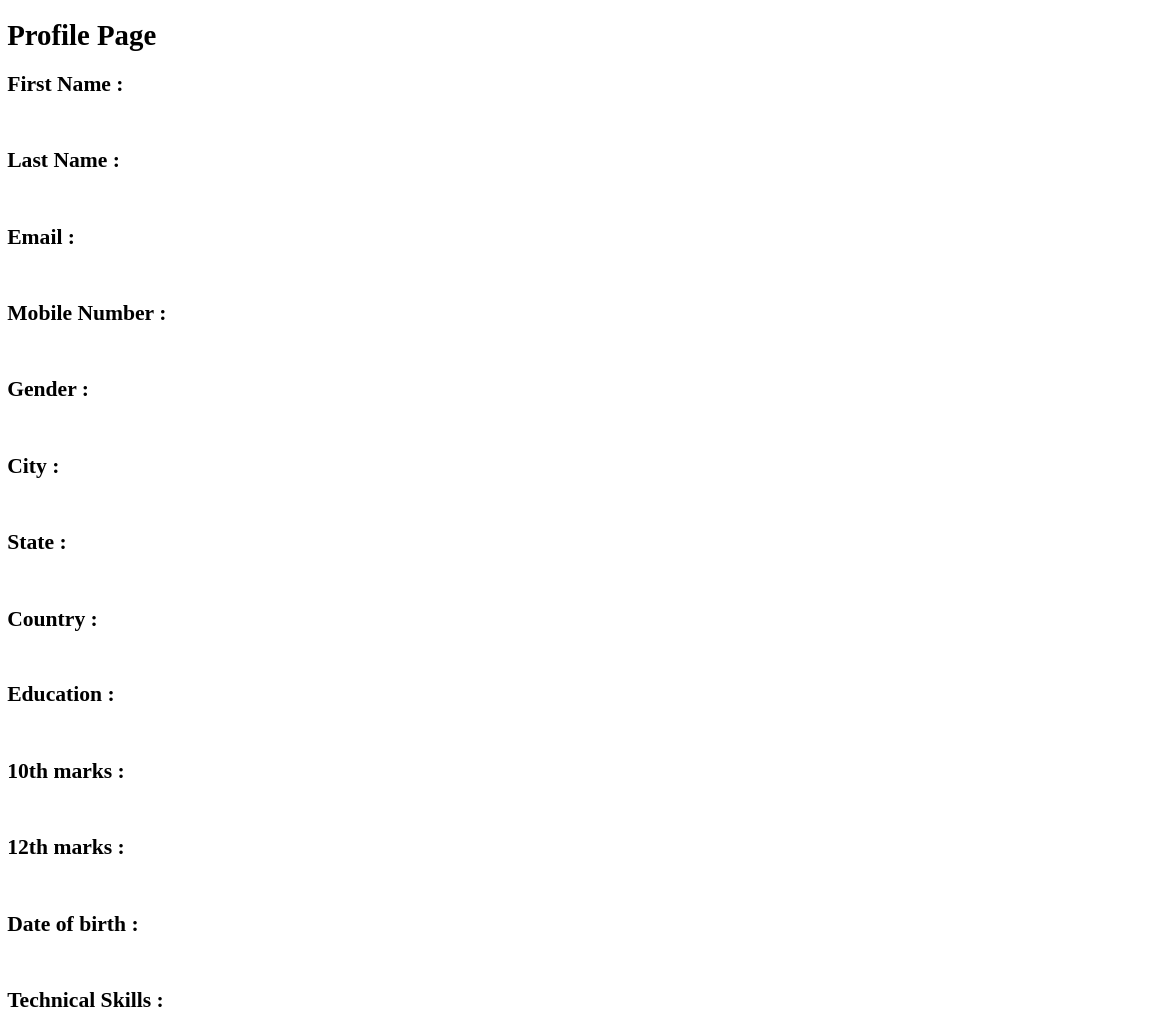
Repository: aboli-vyas/Servlet_Projects
Page: http://localhost/Sevlet_Project/Profile.jsp
An editor plug-in stored every save of this project. The page is shown before and after the next save, followed by the edit.
The browser window is 1280 px wide. The pictures show the whole page, at 90% of full size.
The page is served by Tomcat 10. Other server files are loaded and not shown. The template is opened directly, without the code that normally fills it, so the values that code supplies are empty.

Above is the page before, as saved 2025-06-10 07:56:45.

### Sevlet_Project/src/main/webapp/Profile.jsp
<%@ page language="java" contentType="text/html; charset=UTF-8"
    pageEncoding="UTF-8"%>
<!DOCTYPE html>
<html>
<head>
<meta charset="UTF-8">
<title>Insert title here</title>
</head>
<body>

<h1>Profile Page</h1>

	<h2>First Name :${First_Name}</h2>
	<br>
	<h2>Last Name :${Last_Name}</h2>
	<br>
	<h2>Email :${Email}</h2>
	<br>
	<h2>Mobile Number :${Mobile_Number}</h2>
	<br>
	<h2>Gender :${Gender}</h2>
	<br>
	<h2>City :${City}</h2>
	<br>
	<h2>State :${State}</h2>
	<br>
	<h2>Country :${Country}</h2>
	<br>
    <h2>Education :${Education}</h2>
    <br>
    <h2>10th marks :${tenth_Marks}</h2>
    <br>
    <h2>12th marks :${twelth_Marks}</h2>
    <br>
    <h2>Date of birth :${Date_of_Birth}</h2>
    <br>
	<h2>Technical Skills :${Technical_Skills}</h2>

</body>
</html>

After the next save:
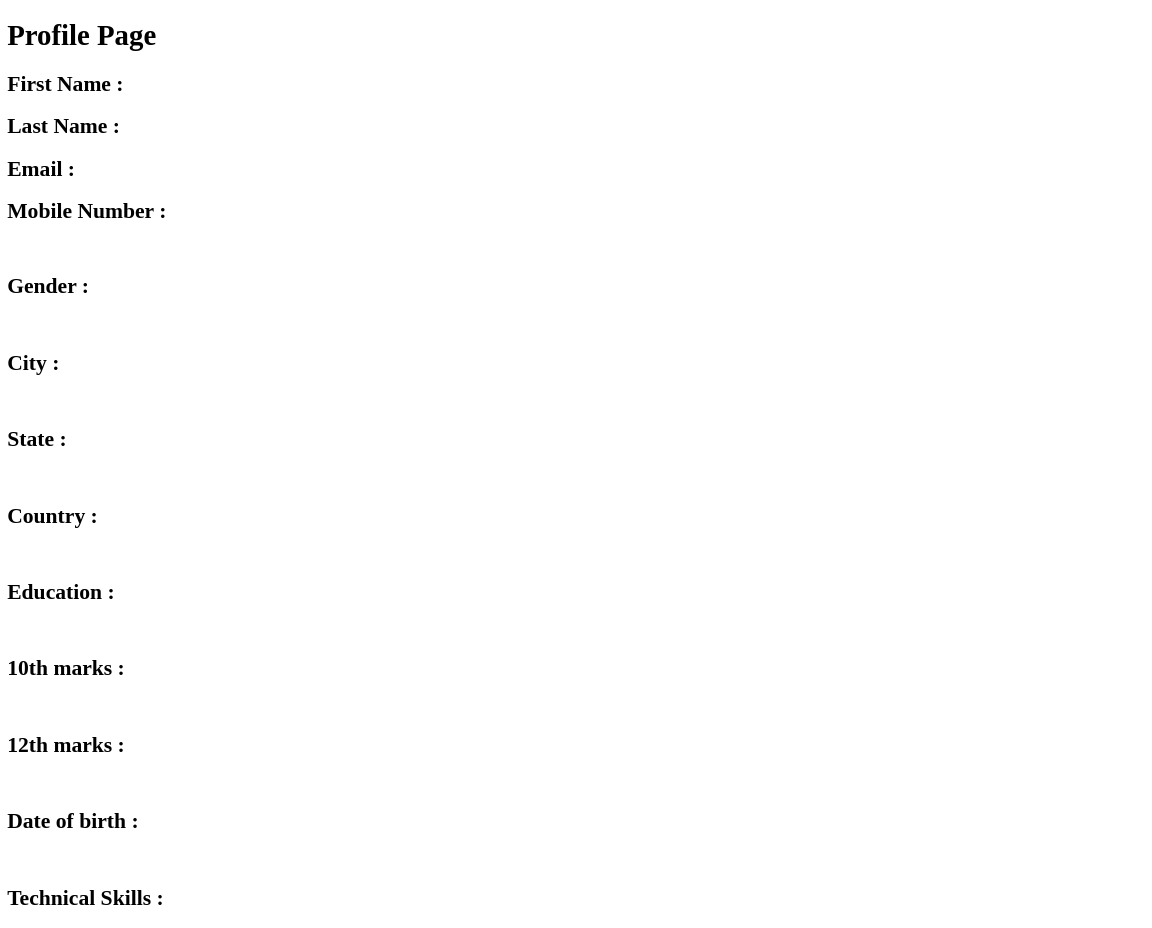
Saved 33 s later.
--- a/Sevlet_Project/src/main/webapp/Profile.jsp
+++ b/Sevlet_Project/src/main/webapp/Profile.jsp
@@ -11,11 +11,11 @@
 <h1>Profile Page</h1>
 
 	<h2>First Name :${First_Name}</h2>
-	<br>
+
 	<h2>Last Name :${Last_Name}</h2>
-	<br>
+
 	<h2>Email :${Email}</h2>
-	<br>
+
 	<h2>Mobile Number :${Mobile_Number}</h2>
 	<br>
 	<h2>Gender :${Gender}</h2>
